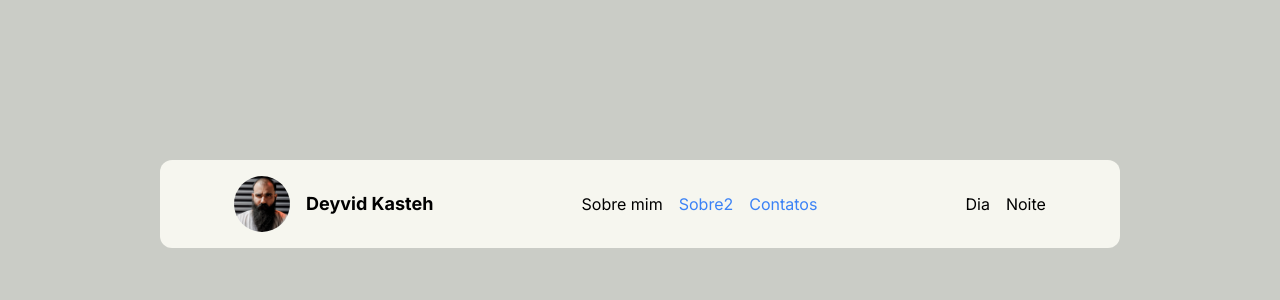
Repository: Deyvid-Kasteh/kasteh_portfolio
Page: /
An editor plug-in stored every save of this project. The page is shown before and after the next save, followed by the edit.
The browser window is 1280 px wide. The pictures show the whole page.
The project was rebuilt for these pictures with package versions that can differ from the ones it lists, and the page was loaded fresh each time. The framework's server and built-in components were replaced by stand-ins that run in the browser. Also part of the build but not shown: next.config.mjs.

Above is the page before, as saved 2024-03-24 17:12:38.

### src/app/layout.tsx
import type { Metadata } from "next";
import { Inter } from "next/font/google";
import "./globals.css";

const inter = Inter({ subsets: ["latin"] });

export const metadata: Metadata = {
  title: "Create Next App",
  description: "Generated by create next app",
};

export default function RootLayout({
  children,
}: Readonly<{
  children: React.ReactNode;
}>) {
  return (
    <html lang="pt-br">
      <body
        className={`bg-customGrayBG ${inter.className} p-4 sm:p-6 md:p-8 lg:p-10 xl:p-40`}
      >
        {children}
      </body>
    </html>
  );
}

### src/app/page.tsx
import Header from "./components/header";

export default function Home() {
  return (
    <>
      <Header />
      <main></main>
      <footer></footer>
    </>
    // <main className="bg-neutral-200 flex min-h-screen flex-col items-center justify-between p-24">

    // </main>
  );
}

### src/app/globals.css
@tailwind base;
@tailwind components;
@tailwind utilities;

:root {
  --foreground-rgb: 0, 0, 0;
  --background-start-rgb: 214, 219, 220;
  --background-end-rgb: 0, 0, 0;
}

/* @media (prefers-color-scheme: dark) {
  :root {
    --foreground-rgb: 255, 255, 255;
    --background-start-rgb: 0, 0, 0;
    --background-end-rgb: 0, 0, 0;
  }
} */

body {
  color: "#25282B"
  /* background: linear-gradient(
      to bottom,
      transparent,
      rgb(var(--background-end-rgb))
    )
    rgb(var(--background-start-rgb)); */
}



@layer utilities {
  .text-balance {
    text-wrap: balance;
  }
}

### src/app/components/header.tsx
import React from "react";
import logo from "../../../public/deyvidKaseth.jpg";
import Image from "next/image";

const Header: React.FC = () => {
  return (
    <header className="bg-customGrayComponents flex justify-around items-center py-4 rounded-xl">
      <div className="flex items-center space-x-4">
        <Image src={logo} alt="Logo" className="rounded-full w-14 h-14" />
        <h1 className="text-lg font-bold">Deyvid Kasteh</h1>
      </div>
      <nav>
        <ul className="flex space-x-4">
          <li>
            <a href="#">Sobre mim</a>
          </li>
          <li>
            <a
              href="#"
              className="text-blue-500 hover:text-blue-700 hover:bg-blue-500"
            >
              Sobre2
            </a>
          </li>
          <li>
            <a href="#" className="text-blue-500 hover:text-blue-700">
              Contatos
            </a>
          </li>
        </ul>
      </nav>
      <div className="flex space-x-4">
        <p>Dia</p>
        <p>Noite</p>
      </div>
    </header>
  );
};

export default Header;

### tailwind.config.ts
import type { Config } from "tailwindcss";

const config: Config = {
  content: [
    "./src/pages/**/*.{js,ts,jsx,tsx,mdx}",
    "./src/components/**/*.{js,ts,jsx,tsx,mdx}",
    "./src/app/**/*.{js,ts,jsx,tsx,mdx}",
  ],
  theme: {
    extend: {
      backgroundImage: {
        "gradient-radial": "radial-gradient(var(--tw-gradient-stops))",
        "gradient-conic":
          "conic-gradient(from 180deg at 50% 50%, var(--tw-gradient-stops))",
      },
      colors: {
        customGrayBG: "#CACCC6", // Definindo o background color
        customGrayComponents: "#F6F6EF",
      },
    },
  },
  plugins: [],
};
export default config;

After the next save:
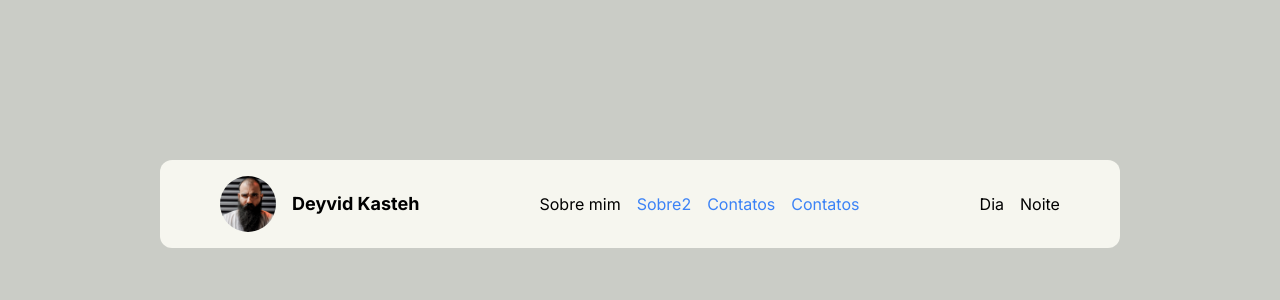
Saved 25 s later.
--- a/src/app/components/header.tsx
+++ b/src/app/components/header.tsx
@@ -27,6 +27,11 @@ const Header: React.FC = () => {
               Contatos
             </a>
           </li>
+          <li>
+            <a href="#" className="text-blue-500 hover:text-blue-700">
+              Contatos
+            </a>
+          </li>
         </ul>
       </nav>
       <div className="flex space-x-4">
